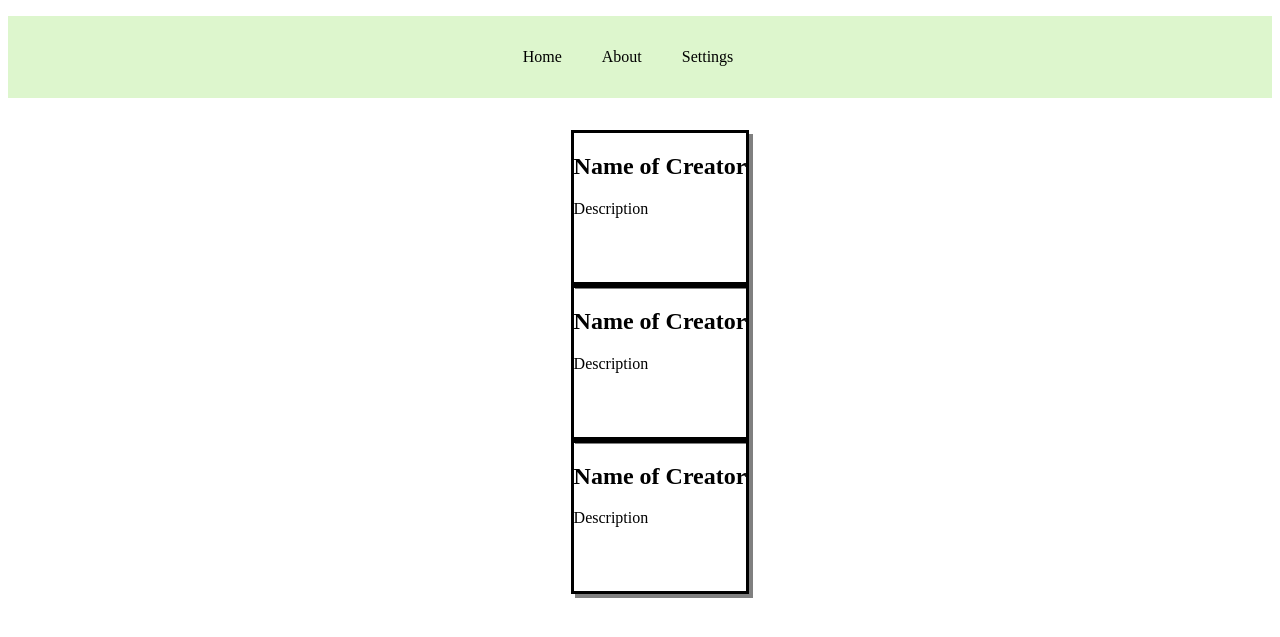
Repository: k8ANStar/Questify
Page: /About
An editor plug-in stored every save of this project. The page is shown before and after a run of saves, followed by the edit.
The browser window is 1280 px wide. The pictures show the whole page.
The project was rebuilt for these pictures with package versions that can differ from the ones it lists, and the page was loaded fresh each time. The framework's server and built-in components were replaced by stand-ins that run in the browser. Also part of the build but not shown: next.config.mjs.

Above is the page before, as saved 2024-03-24 22:07:28.

After the next 2 saves:
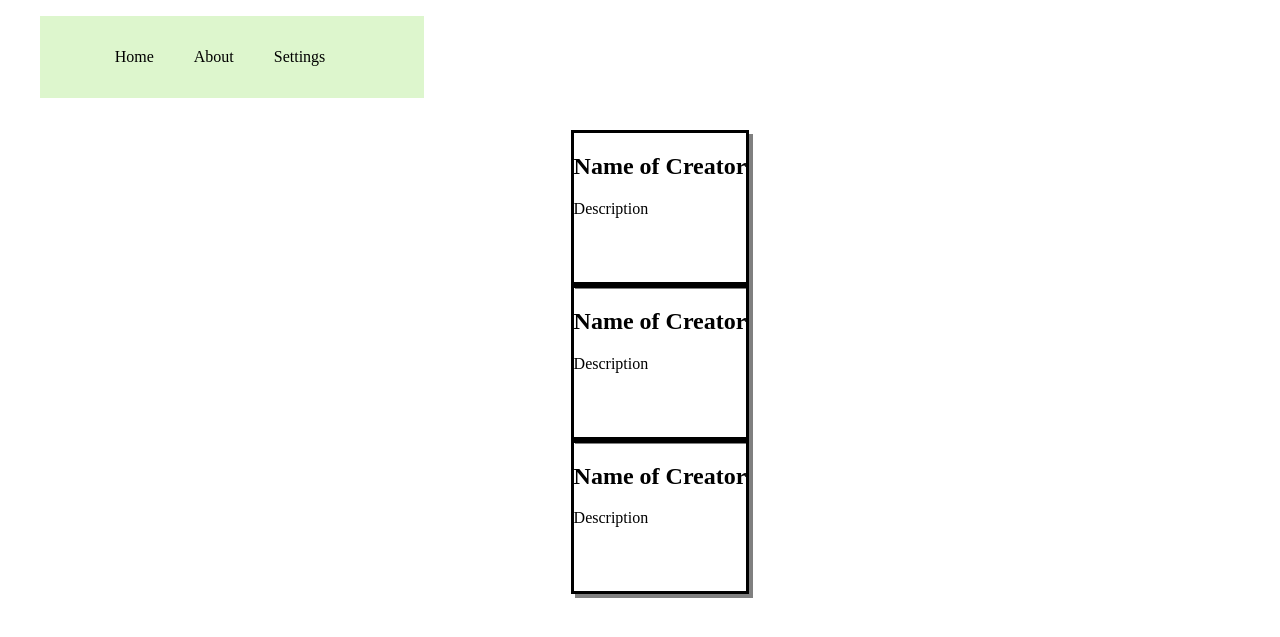
The 2 saves are shown as one change because they came seconds apart.
The last was saved 7 s later.
--- a/components/Header/Header.module.css
+++ b/components/Header/Header.module.css
@@ -3,7 +3,7 @@
 	list-style-type: none;
 	text-decoration: none;
 	padding: 2rem;
-    mar
+    margin-left: 2rem;
 	width: 20rem;
 	background-color: rgb(221, 246, 205);
     justify-content: center;
